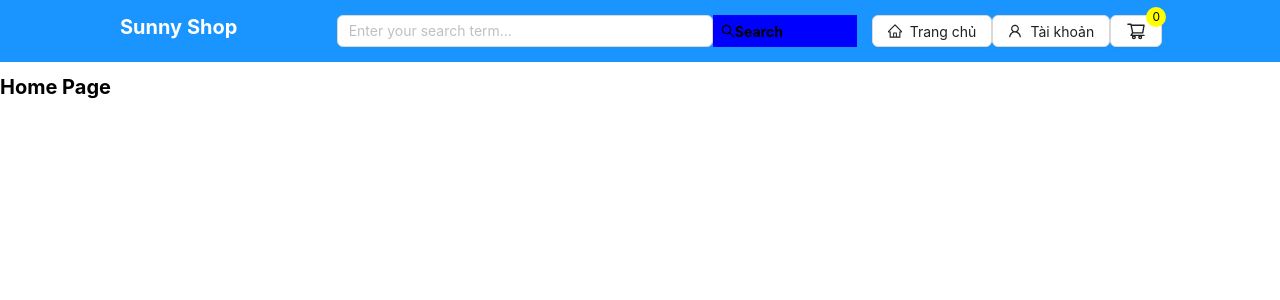
Repository: manhhieu120499/E-Commerce
Page: /
These files come from the project's save history. The page is drawn as it stood at one moment and after the next save; the edit follows.
The browser window is 1280 px wide. The pictures show the whole page.
The project was rebuilt for these pictures with package versions that can differ from the ones it lists, and the page was loaded fresh each time. Also part of the build but not shown: src/pages/product/Product.js, src/pages/order/Order.js, src/pages/notFound/NotFound.js, src/layouts/NormalLayout/NormalLayout.js.

Above is the page before, as saved 2025-01-01 12:15:39.

### src/index.js
import React from "react";
import ReactDOM from "react-dom/client";
import App from "./App";
import reportWebVitals from "./reportWebVitals";
import GlobalStyle from "./GlobalStyles";
import { Provider } from "react-redux";
import store from "./redux/store";

const root = ReactDOM.createRoot(document.getElementById("root"));
root.render(
  <React.StrictMode>
    <Provider store={store}>
      <GlobalStyle>
        <App />
      </GlobalStyle>
    </Provider>
  </React.StrictMode>
);

// If you want to start measuring performance in your app, pass a function
// to log results (for example: reportWebVitals(console.log))
// or send to an analytics endpoint. Learn more: https://bit.ly/CRA-vitals
reportWebVitals();

### src/App.js
import React from "react";
import { BrowserRouter as Router, Route, Routes } from "react-router-dom";
import { publicRoute } from "./route";
function App() {
  return (
    <div className="App">
      <Router>
        <Routes>
          {publicRoute.map((route) => {
            const Page = route.component;
            const Layout = route.layout;
            return (
              <Route
                key={route.path}
                path={route.path}
                element={
                  <Layout>
                    <Page />
                  </Layout>
                }
              />
            );
          })}
        </Routes>
      </Router>
    </div>
  );
}

export default App;

### src/redux/store.js
import { configureStore } from "@reduxjs/toolkit";
import productSlice from "./slices/productSlice";

const store = configureStore({
    reducer: {
        product: productSlice
    }
})

export default store;

### src/route/index.js
import { Home, Product, Order, NotFound } from "../pages";
import { DefaultLayout, NormalLayout } from "../layouts";

const publicRoute = [
  {
    path: "/",
    component: Home,
    layout: DefaultLayout,
  },
  {
    path: "/product",
    component: Product,
    layout: DefaultLayout,
  },
  {
    path: "/order",
    component: Order,
    layout: DefaultLayout,
  },
  {
    path: "*",
    component: NotFound,
    layout: NormalLayout,
  },
];

const privateRoute = [];

export { publicRoute, privateRoute };

### src/GlobalStyles/GlobalStyles.js
import "./css/GlobalStyles.css";
export default function GlobalStyle({ children }) {
    return (
        <div className="wrapper">
            { children }
        </div>
    )
}

### src/redux/slices/productSlice.js
import { createSlice } from "@reduxjs/toolkit";

// const initialState = {
//     products: [],
// }

// export const productSlice = createSlice({
//     name: 'productSlice',
//     initialState,
//     reducers:{
//         setProduct: (state, action) => {
//             return {...state}
//         }
//     }
// })

const initialState = {
    value: 0
}

const productSlice = createSlice({
    name: 'productSlice',
    initialState,
    reducers: {
        increase: (state, action) => {
            return {...state, value: state.value + 1}
        },
        decrease: (state, action) => {
            return {...state, value: state.value - 1}
        }
    }
})

export const { increase, decrease } = productSlice.actions;

export default productSlice.reducer;

### src/pages/index.js
import Home from "./home";
import Product from "./product";
import Order from "./order";
import NotFound from "./notFound";

export { Home, Product, Order, NotFound };

### src/layouts/index.js
import DefaultLayout from "./DefaultLayout";
import NormalLayout from "./NormalLayout";

export { DefaultLayout, NormalLayout };

### src/GlobalStyles/css/GlobalStyles.css
/* @import "antd/dist/antd.css"; */
body {
  margin: 0;
  font-family: -apple-system, BlinkMacSystemFont, 'Segoe UI', 'Roboto', 'Oxygen',
    'Ubuntu', 'Cantarell', 'Fira Sans', 'Droid Sans', 'Helvetica Neue',
    sans-serif;
  -webkit-font-smoothing: antialiased;
  -moz-osx-font-smoothing: grayscale;
  box-sizing: border-box;
  padding: 0;
}

html {
  font-size: 62.5%;
}

.wrapper {
  max-width: 100vw;
  margin: 0 auto;
}

### src/pages/product/index.js
export { default } from './Product'

### src/layouts/NormalLayout/index.js
export { default } from "./NormalLayout";

### src/pages/home/Home.js
export default function Home({children}) {
    return (
        <h1>Home Page</h1>
    )
}

### src/layouts/DefaultLayout/DefaultLayout.js
import { Header } from "../../components";

export default function DefaultLayout({ children }) {
  return (
    <div className="wrapper">
      <Header />
      {children}
    </div>
  );
}

### src/components/index.js
import Header from "./Header";
import ButtonInputSearch from "./ButtonInputSearch";
export { Header, ButtonInputSearch };

### src/components/ButtonInputSearch/index.js
export { default } from "./ButtonInputSearch";

### src/components/Header/Header.js
import { Button, Col, Input, Row } from "antd";
import {
  ShoppingCartText,
  WrapperRow,
  WrapperShoppingCart,
  WrapperShoppingCartText,
  WrapperSpan,
} from "./HeaderStyle";
import Search from "antd/es/transfer/search";
import {
  HomeOutlined,
  ShoppingCartOutlined,
  UserOutlined,
} from "@ant-design/icons";
import ButtonInputSearch from "../ButtonInputSearch";

export default function Header({ children }) {
  return (
    <div>
      <WrapperRow>
        <Col span={5}>
          <WrapperSpan>Sunny Shop</WrapperSpan>
        </Col>
        <Col span={12} style={{ display: "flex", alignItems: "center" }}>
          <Input placeholder="Enter your search term..." />
          <ButtonInputSearch />
        </Col>
        <Col
          span={7}
          style={{
            display: "flex",
            alignItems: "center",
            justifyContent: "space-around",
            padding: "0 15px",
          }}
        >
          <Button>
            <HomeOutlined />
            <span>Trang chủ</span>
          </Button>
          <Button>
            <UserOutlined />
            <span>Tài khoản</span>
          </Button>
          <Button>
            <WrapperShoppingCart>
              <ShoppingCartOutlined style={{ fontSize: 20 }} />
              <WrapperShoppingCartText>
                <ShoppingCartText>0</ShoppingCartText>
              </WrapperShoppingCartText>
            </WrapperShoppingCart>
          </Button>
        </Col>
      </WrapperRow>
    </div>
  );
}

### src/components/ButtonInputSearch/ButtonInputSearch.js
import { SearchOutlined } from "@ant-design/icons";
import {
  WrapperButtonInputSearch,
  ButtonTextSpan,
} from "./ButtonInputSearchStyle";
function ButtonInputSearch() {
  return (
    <WrapperButtonInputSearch>
      <SearchOutlined />
      <ButtonTextSpan>Search</ButtonTextSpan>
    </WrapperButtonInputSearch>
  );
}

export default ButtonInputSearch;

### src/components/Header/HeaderStyle.js
import { Row } from "antd";
import styled from "styled-components";

export const WrapperRow = styled(Row)`
  padding: 15px 120px;
  background-color: rgb(26, 148, 255);
`;

export const WrapperSpan = styled.span`
  font-size: 20px;
  font-weight: 700;
  color: white;
`;

export const WrapperShoppingCart = styled.div`
  position: relative;
  width: 100%;
`;

export const WrapperShoppingCartText = styled.div`
  position: absolute;
  top: -14px;
  right: -20px;
  width: 20px;
  height: 20px;
  border-radius: 50%;
  background-color: yellow;
`;

export const ShoppingCartText = styled.span`
  font-size: 12px;
  color: black;
  line-height: 20px;
`;

### src/components/ButtonInputSearch/ButtonInputSearchStyle.js
import styled from "styled-components";

export const WrapperButtonInputSearch = styled.div`
  width: 180px;
  height: 100%;
  padding: 0 8px;
  display: flex;
  align-items: center;
  justify-content: "space-around";
  background-color: blue;
`;

export const ButtonTextSpan = styled.span`
  font-size: 14px;
  color: "white";
  font-weight: bold;
`;

Loaded but not shown: public/index.html (common file); src/reportWebVitals.js (common file); src/GlobalStyles/index.js (common file); src/pages/home/index.js (common file); src/pages/order/index.js (common file); src/pages/notFound/index.js (common file); src/layouts/DefaultLayout/index.js (common file); src/components/Header/index.js (common file)

After the next save:
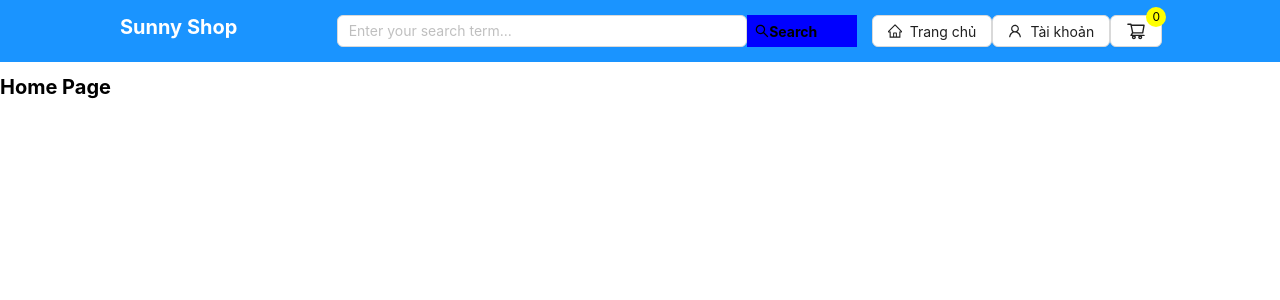
Saved 30 s later.
--- a/src/components/ButtonInputSearch/ButtonInputSearchStyle.js
+++ b/src/components/ButtonInputSearch/ButtonInputSearchStyle.js
@@ -1,7 +1,7 @@
 import styled from "styled-components";
 
 export const WrapperButtonInputSearch = styled.div`
-  width: 180px;
+  width: 120px;
   height: 100%;
   padding: 0 8px;
   display: flex;
